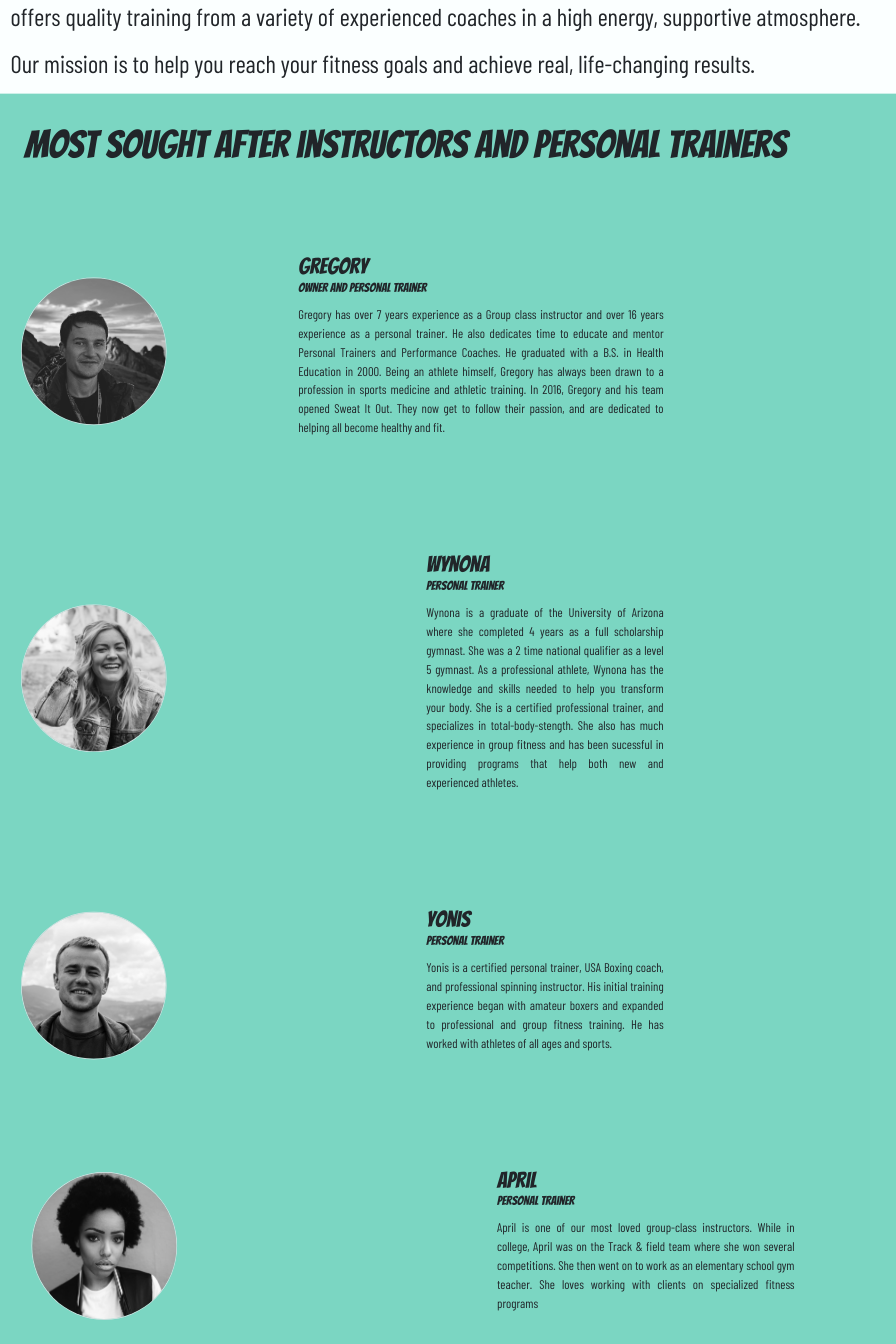
Repository: amybru/sweatitout
Page: about.html
The author's editor kept a record of every edit. The page is drawn from the files as they stood at one moment, then again after the next edit.
The browser window is 1280 px wide. The pictures show the part of the page from y = 569 to 2489 px (the page is 3403 px tall), at 70% of full size.
Some web fonts or font styles are not loaded; a fallback is used. Some web libraries are served in a nearby version.

Above is the page before.

After the next edit:
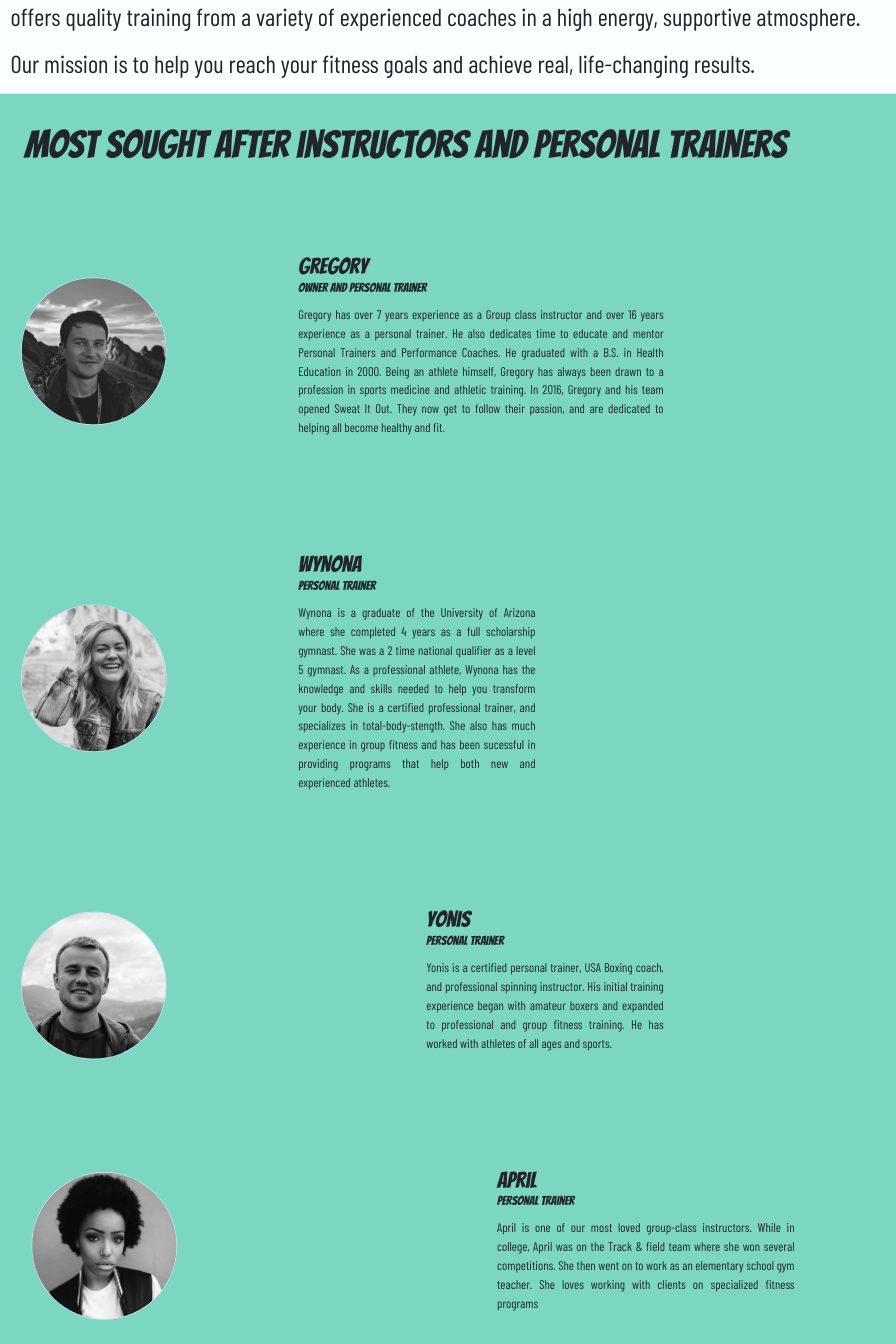
The edit:
--- a/about.html
+++ b/about.html
@@ -88,7 +88,7 @@
                     </div>
                 </div>
                 <div class="row">
-                    <div class="col-12 col-lg-6 flex">
+                    <div class="col-12 col-lg-4 flex">
                         <img class="photo border" src="./img/trainertwo.jpeg" alt="Wynona">
                     </div>
                     <div class="col-12 col-lg-6 flex">
